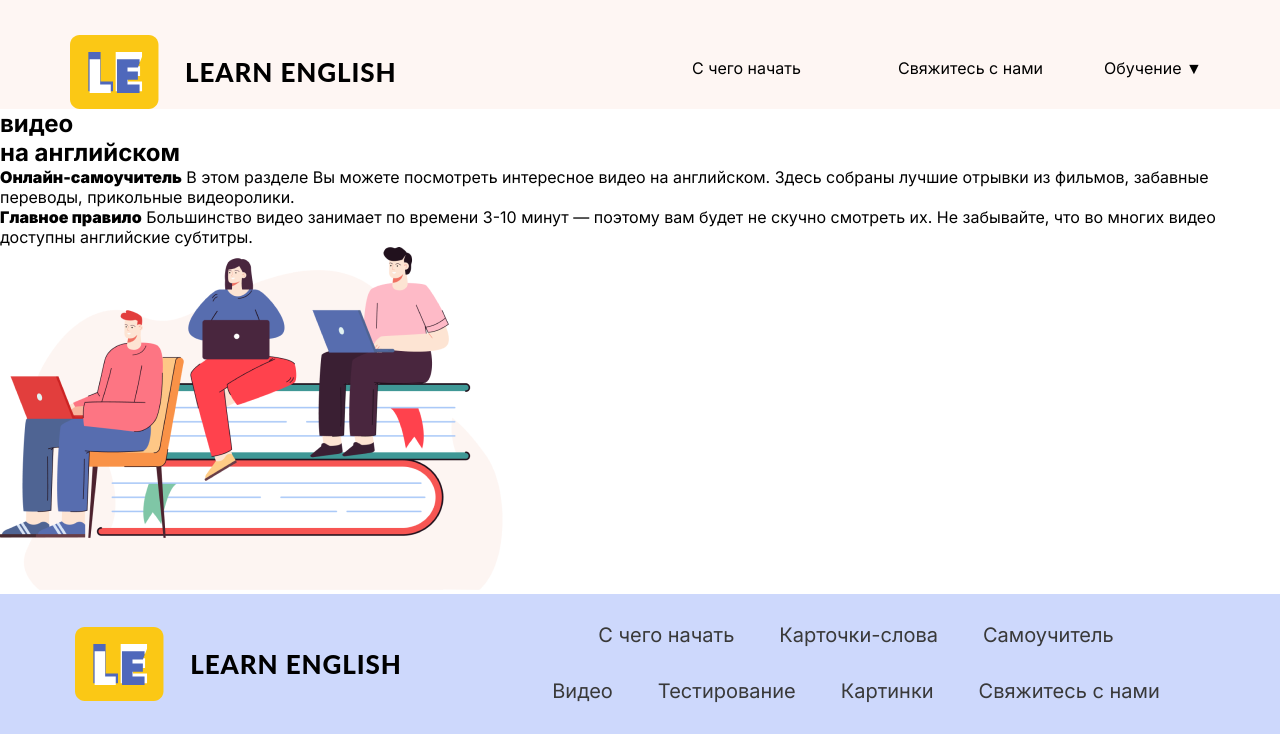
Repository: WladimirVA/Diplom
Page: scool/video.html
An editor plug-in stored every save of this project. The page is shown before and after the next save, followed by the edit.
The browser window is 1280 px wide. The pictures show the whole page.

Above is the page before, as saved 2023-07-20 11:20:07.

After the next save:
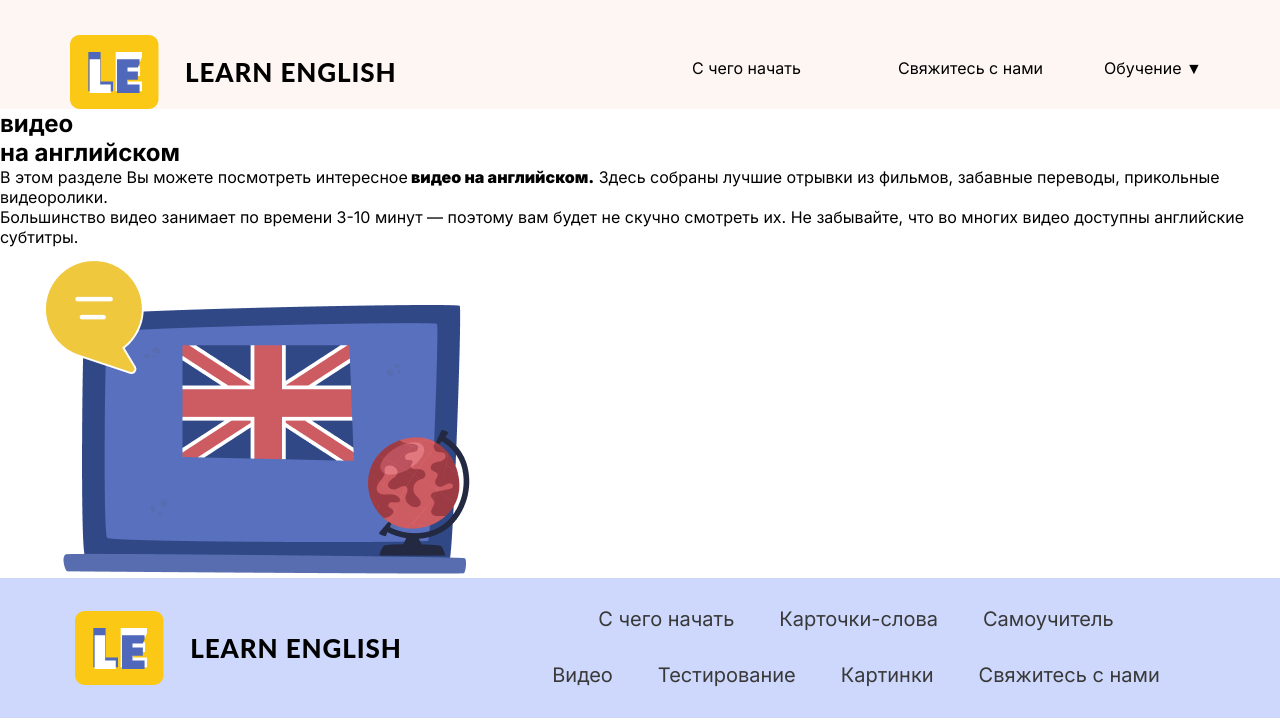
Saved 3 min 17 s later.
--- a/scool/video.html
+++ b/scool/video.html
@@ -48,16 +48,11 @@
                 <h1 class="tutorial-h1">видео <br>на английском</h1>
                 <div class="content-tutorial">
                     <div class="tutorial-inf">
-                        <p><span  style="font-weight:900"> Онлайн-самоучитель</span> В этом разделе Вы можете посмотреть интересное видео на английском. Здесь собраны лучшие отрывки из фильмов, забавные переводы, прикольные видеоролики.
-
-
-                            </p>
-                            <p><span  style="font-weight:900"> Главное правило</span> Большинство видео занимает по времени 3-10 минут — поэтому вам будет не скучно смотреть их.
-                                Не забывайте, что во многих видео доступны английские субтитры.
-                        </p>
+                        <p>В этом разделе Вы можете посмотреть интересное<span  style="font-weight:900"> видео на английском.</span> Здесь собраны лучшие отрывки из фильмов, забавные переводы, прикольные видеоролики.</p>
+                        <p>Большинство видео занимает по времени 3-10 минут — поэтому вам будет не скучно смотреть их. Не забывайте, что во многих видео доступны английские субтитры.</p>
                     </div>
                     <div class="tutorial-img">
-                        <img src="./img/Group 78 1 (1).png" alt="foto">
+                        <img src="./img/Frame.png" alt="foto">
                     </div>
                 </div>
             </div>
